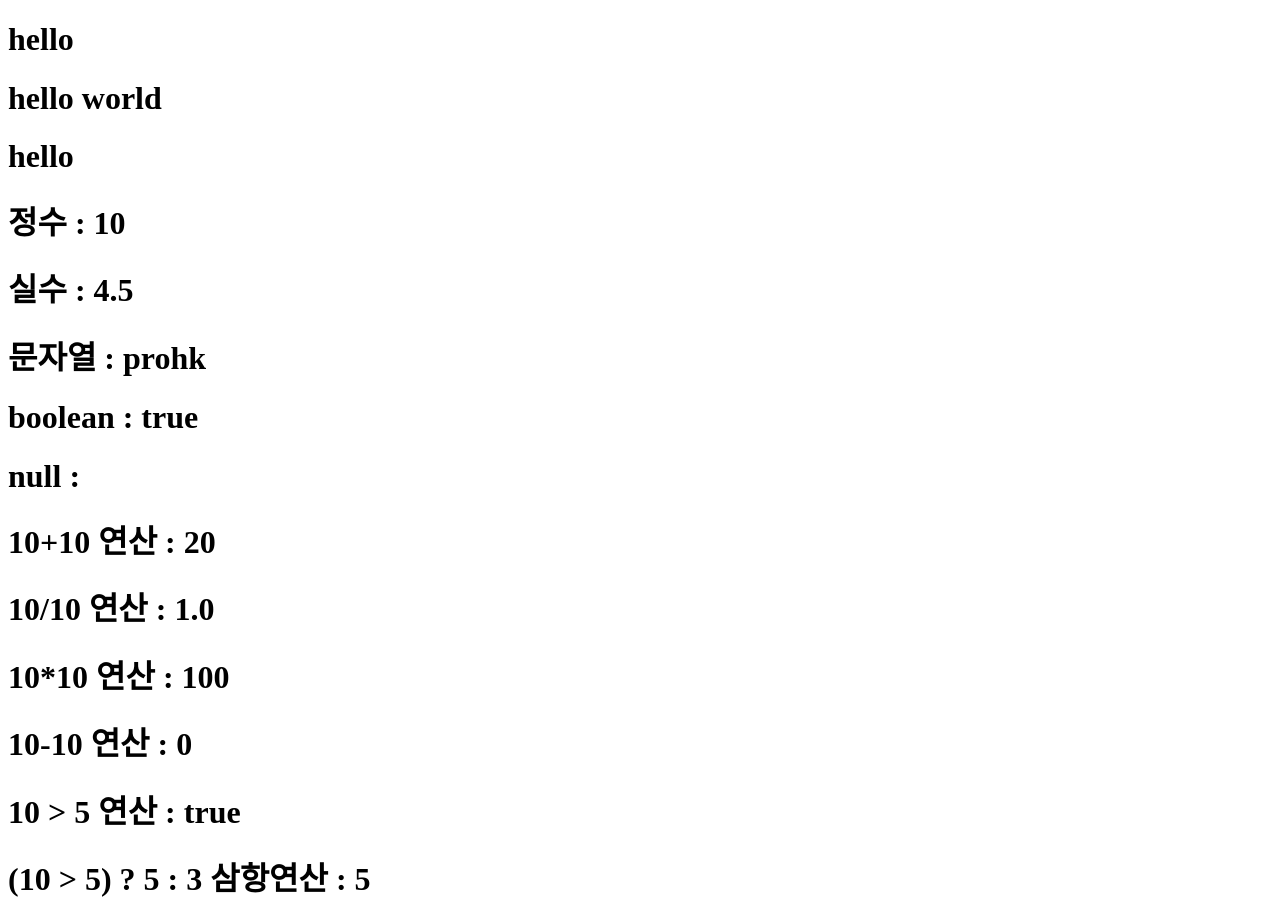
Repository: pro-hk/jsp
Page: http://localhost/chap06/expression_language_01.jsp
These files come from the project's save history. The page is drawn as it stood at one moment and after the next save; the edit follows.
The browser window is 1280 px wide. The pictures show the whole page.
The page is served by Tomcat 9. Other server files are loaded and not shown.

Above is the page before, as saved 2022-01-25 06:17:08.

### chap06/src/main/webapp/expression_language_01.jsp
<%@ page language="java" contentType="text/html; charset=UTF-8"
    pageEncoding="UTF-8"%>
<!DOCTYPE html>
<html>
<head>
<meta charset="UTF-8">
<title>Insert title here</title>
</head>
<body>
	<h1><% out.print("hello"); %></h1>
	<h1><%= "hello world" %></h1>
	<h1>${"hello"}</h1>
	<h1>정수 : ${10 }</h1>
	<h1>실수 : ${4.5 }</h1>
	<h1>문자열 : ${"prohk" }</h1>
	<h1>boolean : ${true }</h1>
	<h1>null : ${null }</h1>
	<h1>10+10 연산 : ${10+10 }</h1>
	<h1>10/10 연산 : ${10/10 }</h1>
	<h1>10*10 연산 : ${10*10 }</h1>
	<h1>10-10 연산 : ${10-10 }</h1>
	<h1>10 > 5 연산 : ${10>5 }</h1>
	<h1>(10 > 5) ? 5 : 3 삼항연산 : ${(10 > 5) ? 5 : 3 }</h1>
</body>
</html>

After the next save:
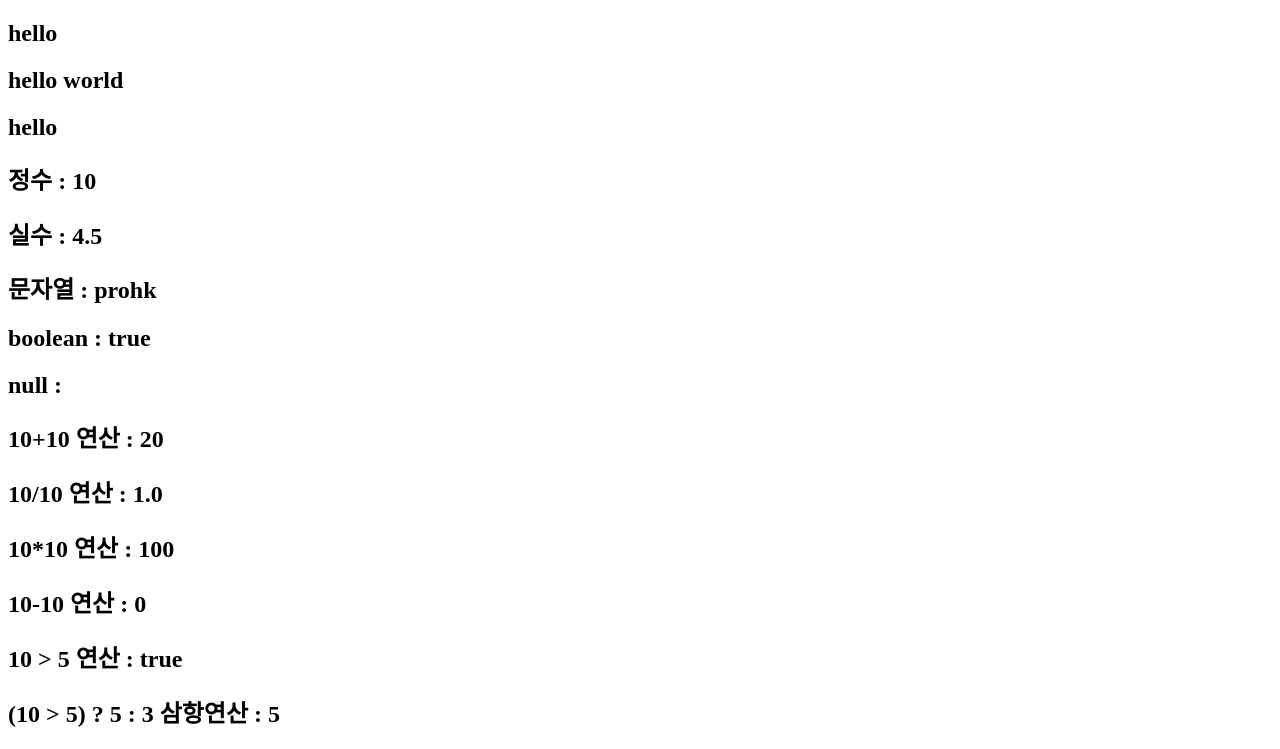
Saved 50 s later.
--- a/chap06/src/main/webapp/expression_language_01.jsp
+++ b/chap06/src/main/webapp/expression_language_01.jsp
@@ -7,19 +7,19 @@
 <title>Insert title here</title>
 </head>
 <body>
-	<h1><% out.print("hello"); %></h1>
-	<h1><%= "hello world" %></h1>
-	<h1>${"hello"}</h1>
-	<h1>정수 : ${10 }</h1>
-	<h1>실수 : ${4.5 }</h1>
-	<h1>문자열 : ${"prohk" }</h1>
-	<h1>boolean : ${true }</h1>
-	<h1>null : ${null }</h1>
-	<h1>10+10 연산 : ${10+10 }</h1>
-	<h1>10/10 연산 : ${10/10 }</h1>
-	<h1>10*10 연산 : ${10*10 }</h1>
-	<h1>10-10 연산 : ${10-10 }</h1>
-	<h1>10 > 5 연산 : ${10>5 }</h1>
-	<h1>(10 > 5) ? 5 : 3 삼항연산 : ${(10 > 5) ? 5 : 3 }</h1>
+	<h2><% out.print("hello"); %></h2>
+	<h2><%= "hello world" %></h2>
+	<h2>${"hello"}</h2>
+	<h2>정수 : ${10 }</h2>
+	<h2>실수 : ${4.5 }</h2>
+	<h2>문자열 : ${"prohk" }</h2>
+	<h2>boolean : ${true }</h2>
+	<h2>null : ${null }</h2>
+	<h2>10+10 연산 : ${10+10 }</h2>
+	<h2>10/10 연산 : ${10/10 }</h2>
+	<h2>10*10 연산 : ${10*10 }</h2>
+	<h2>10-10 연산 : ${10-10 }</h2>
+	<h2>10 > 5 연산 : ${10>5 }</h2>
+	<h2>(10 > 5) ? 5 : 3 삼항연산 : ${(10 > 5) ? 5 : 3 }</h2>
 </body>
 </html>
